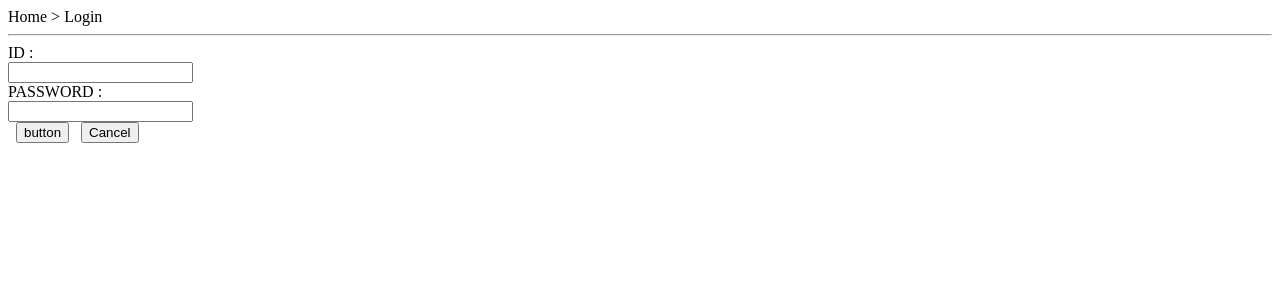
Repository: parkgyutaee/My_JAVA_Project
Page: http://localhost/JSPStudy/form_login.jsp
An editor plug-in stored every save of this project. The page is shown before and after the next save, followed by the edit.
The browser window is 1280 px wide. The pictures show the whole page.
The page is served by Tomcat 9.

Above is the page before, as saved 2025-07-10 01:03:24.

### Workspace/JSPStudy/src/main/webapp/form_login.jsp
<%@ page language="java" contentType="text/html; charset=UTF-8"
    pageEncoding="UTF-8"%>
<!DOCTYPE html>
<html>
<head>
<meta charset="UTF-8">
<title>Insert title here</title>
</head>
<body>
	Home > Login
	<hr>
	<form action="#" method = "get">
	ID : <br>
	<input type = "text"  name = "id" > <br>
	PASSWORD : <br>
	<input type = "password" name = "password"> <br>
	&nbsp; <input type = "submit"  value = "button"> &nbsp;
			   <input type = "reset" value = "Cancel">

	</form>
</body>
</html>

After the next save:
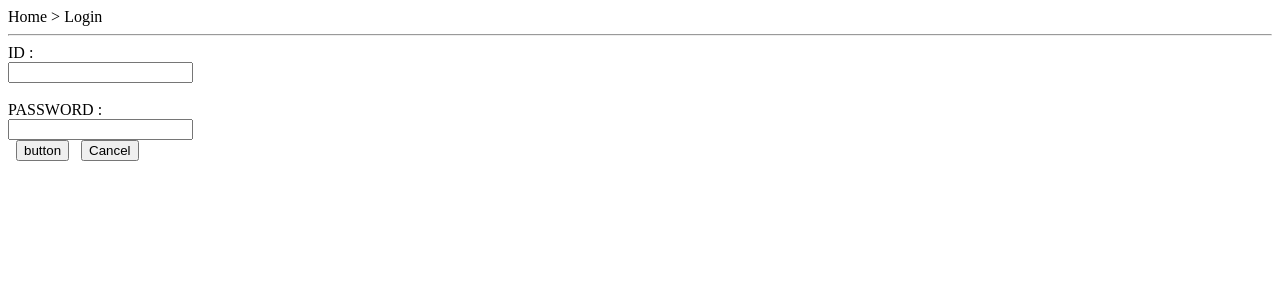
Saved 19 s later.
--- a/Workspace/JSPStudy/src/main/webapp/form_login.jsp
+++ b/Workspace/JSPStudy/src/main/webapp/form_login.jsp
@@ -11,7 +11,7 @@
 	<hr>
 	<form action="#" method = "get">
 	ID : <br>
-	<input type = "text"  name = "id" > <br>
+	<input type = "text"  name = "id" > <br><br>
 	PASSWORD : <br>
 	<input type = "password" name = "password"> <br>
 	&nbsp; <input type = "submit"  value = "button"> &nbsp;
